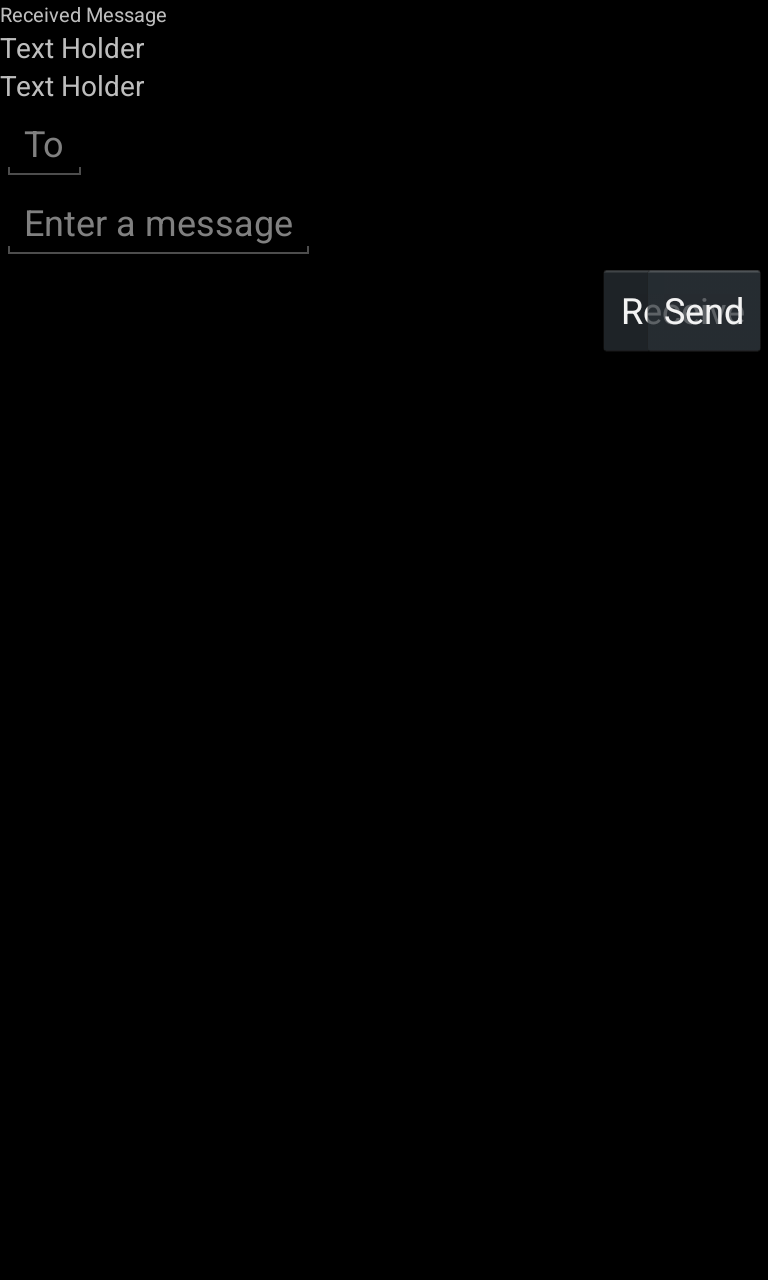
Repository: tomcynicholls/ThirdYearProject
Layout: JavaCode/App/res/layout/main.xml
These files come from the project's save history. The layout is drawn as it stood at one moment and after the next save; the edit follows.
It is drawn on a 768 x 1280 px phone screen (xhdpi) without system bars, with theme android:Theme.Holo; the app's code is not run.

Above is the layout before, as saved 2013-01-28 22:09:19.

### JavaCode/App/res/layout/main.xml
<?xml version="1.0" encoding="utf-8"?>
<LinearLayout xmlns:android="http://schemas.android.com/apk/res/android"
    xmlns:tools="http://schemas.android.com/tools"
    android:layout_width="match_parent"
    android:layout_height="match_parent"
    android:orientation="vertical" >

    <TextView
        android:id="@+id/textview_title"
        android:layout_width="wrap_content"
        android:layout_height="wrap_content"
        android:textSize="20px"
        android:text="@string/receive_title" />

    <TextView
        android:id="@+id/textview_from"
        android:layout_width="wrap_content"
        android:layout_height="wrap_content"
        android:text="@string/holder" />

     <TextView
        android:id="@+id/textview_message"
        android:layout_width="wrap_content"
        android:layout_height="wrap_content"
        android:text="@string/holder" />

      <EditText android:id="@+id/edit_receiver"
        android:layout_height="wrap_content"
        android:layout_width="wrap_content"
        android:hint="@string/edit_receiver" />


    <EditText android:id="@+id/edit_message"
        android:layout_height="wrap_content"
        android:layout_width="wrap_content"
        android:hint="@string/edit_message" />

    <RelativeLayout
            android:id="@+id/innerrel"
            android:layout_width="match_parent"
            android:layout_height="wrap_content"
            android:orientation="horizontal" >
    <Button
        android:layout_width="wrap_content"
        android:layout_height="wrap_content"
        android:text="@string/button_receive"
        android:onClick="receiveMessage"
        android:layout_alignParentRight="true" />

    <Button
        android:layout_width="wrap_content"
        android:layout_height="wrap_content"
        android:text="@string/button_send"
        android:onClick="sendMessage"
        android:layout_alignParentRight="true" />

    </RelativeLayout>
</LinearLayout>

### JavaCode/App/res/values/strings.xml
<?xml version="1.0" encoding="utf-8"?>
<resources>

    <string name="app_name">TYP App</string>
    <string name="edit_message">Enter a message</string>
    <string name="edit_receiver">To</string>
    <string name="button_send">Send</string>
    <string name="button_receive">Receive</string>
    <string name="receive_title">Received Message</string>
    <string name="menu_settings">Settings</string>
    <string name="title_activity_main">MainActivity</string>
    <string name="title_activity_display_message">Message</string>
    <string name="hello_world">Hello world!</string>
    <string name="holder">Text Holder</string>
    <string name="title_activity_view_xml_writer">View Xm lWriter</string>

</resources>

After the next save:
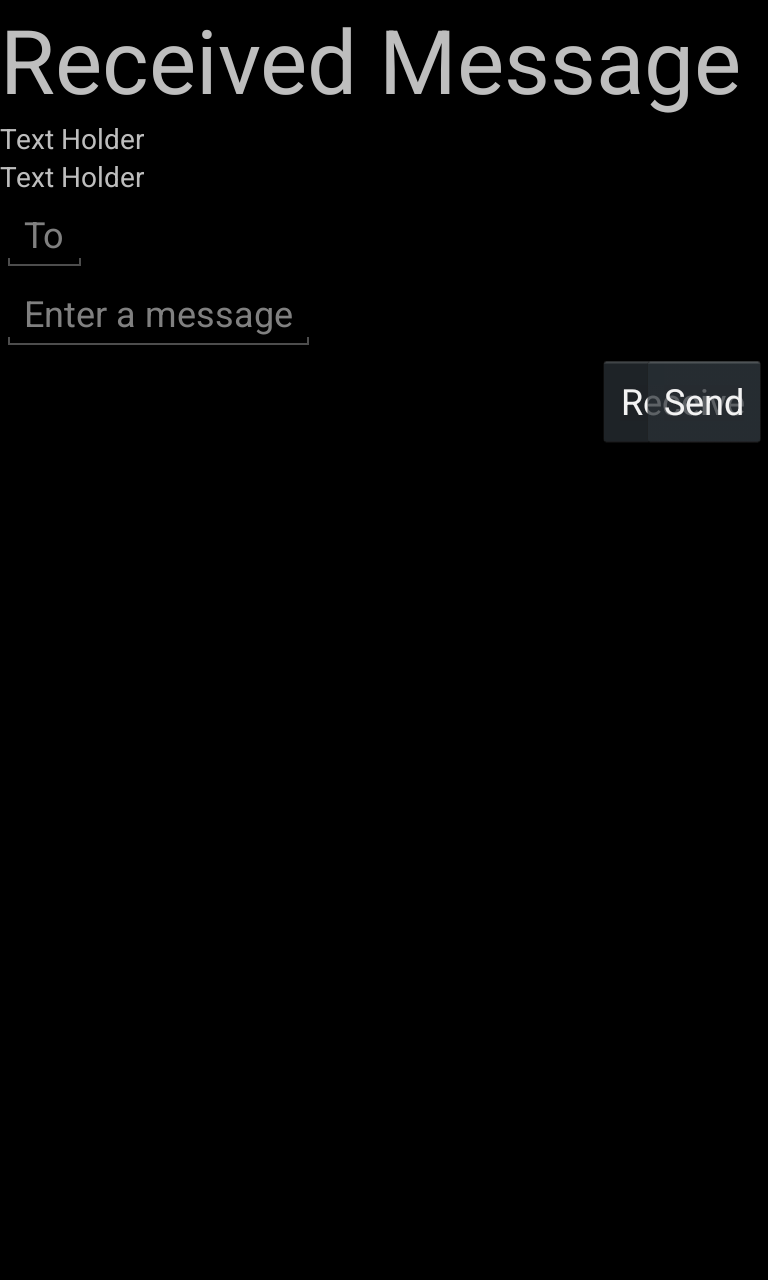
Saved 7 s later.
--- a/JavaCode/App/res/layout/main.xml
+++ b/JavaCode/App/res/layout/main.xml
@@ -9,7 +9,7 @@
         android:id="@+id/textview_title"
         android:layout_width="wrap_content"
         android:layout_height="wrap_content"
-        android:textSize="20px"
+        android:textSize="20pt"
         android:text="@string/receive_title" />
 
     <TextView
